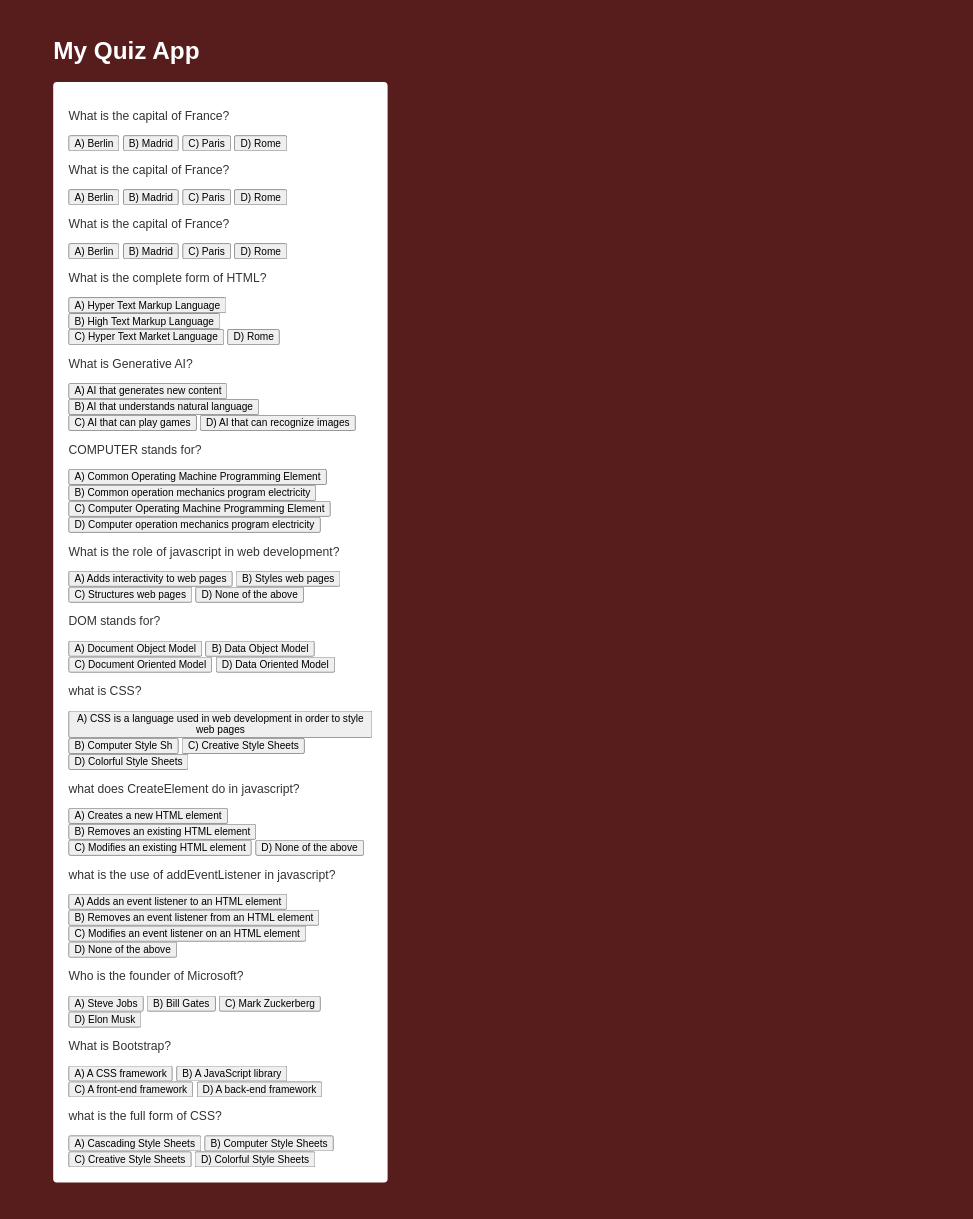
Repository: fatimaqueen9967-eng/SyntacexhubQuizApp
Page: index.html
The author's editor kept a copy of each file at every save. The page is drawn from the files as they stood at one save, then again after a run of saves.
The browser window is 1280 px wide. The pictures show the whole page, at 76% of full size.

Above is the page before, as saved 2026-03-15 06:22:06.

After the next 6 saves:
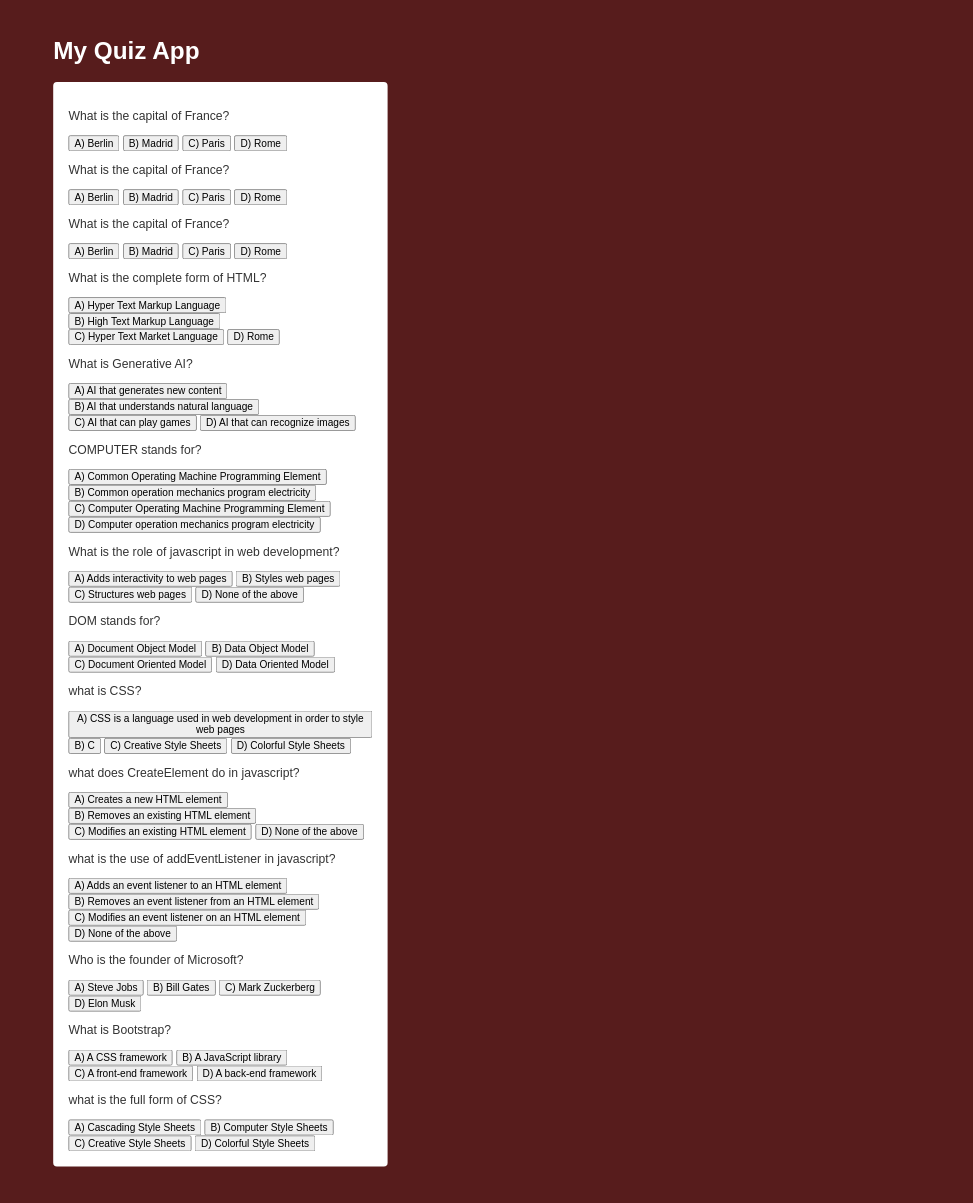
The 6 saves are shown as one change because they came seconds apart.
The last was saved 14 s later.
--- a/index.html
+++ b/index.html
@@ -86,7 +86,7 @@
     </div>
     <div class="options">
         <button>A) CSS is a language used in web development in order to style web pages</button>
-        <button>B) Computer Style Sh</button>
+        <button>B) C</button>
         <button>C) Creative Style Sheets</button>
         <button>D) Colorful Style Sheets</button>
     </div>
